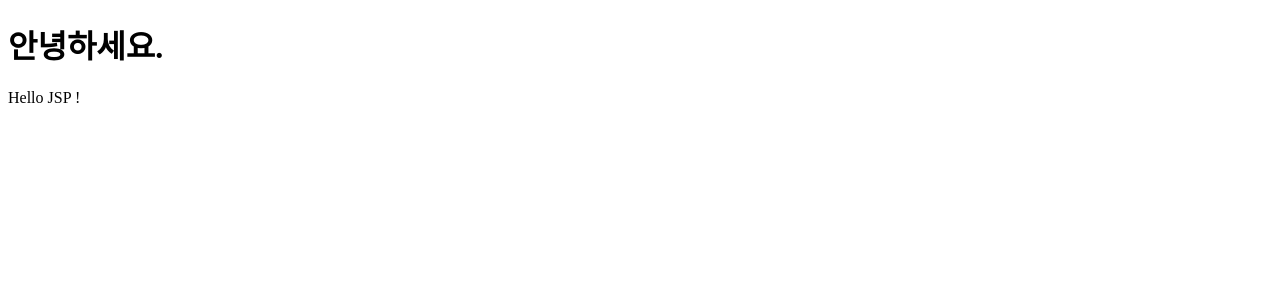
Repository: 2Mihye/servlet-jsp-workspace
Page: http://localhost/Join/register.jsp
An editor plug-in stored every save of this project. The page is shown before and after the next save, followed by the edit.
The browser window is 1280 px wide. The pictures show the whole page.
The page is served by Tomcat 9.

Above is the page before, as saved 2023-11-07 00:39:07.

### Join/src/main/webapp/register.jsp
<%@ page language="java" contentType="text/html; charset=EUC-KR"
    pageEncoding="EUC-KR"%>
<!DOCTYPE html>
<html>
<head>
<meta charset="EUC-KR">
<title>Insert title here</title>
</head>
<body>
<h1>안녕하세요.</h1>
<%
	String msg = "Hello JSP !";
	out.println(msg);
%>
</body>
</html>

After the next save:
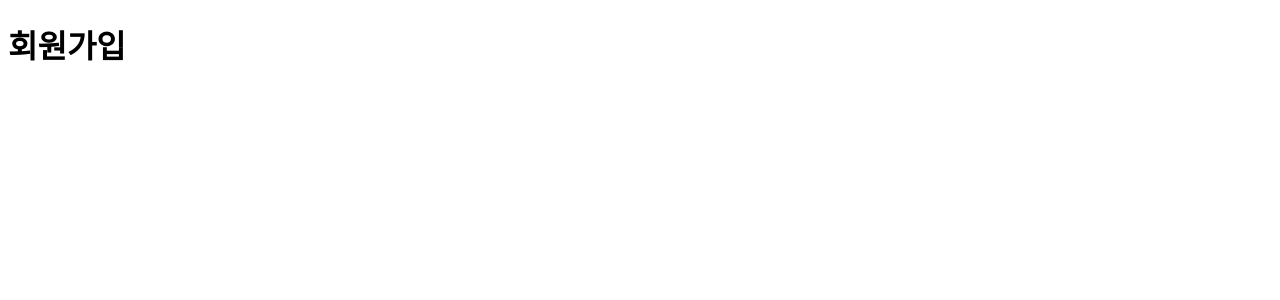
Saved 4 s later.
--- a/Join/src/main/webapp/register.jsp
+++ b/Join/src/main/webapp/register.jsp
@@ -7,10 +7,7 @@
 <title>Insert title here</title>
 </head>
 <body>
-<h1>안녕하세요.</h1>
-<%
-	String msg = "Hello JSP !";
-	out.println(msg);
-%>
+<h1>회원가입</h1>
+
 </body>
 </html>
